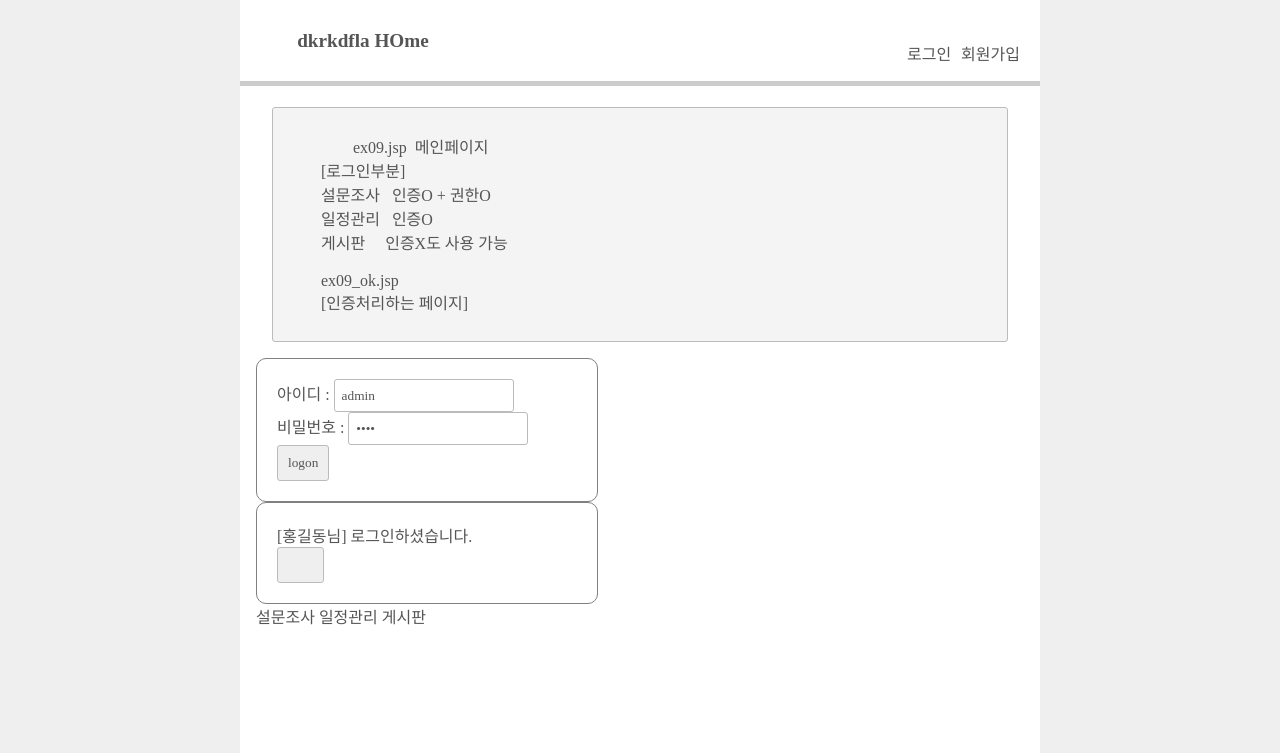
Repository: Dusajang/JSPClass
Page: http://localhost/jspPro/days03/ex09.jsp
An editor plug-in stored every save of this project. The page is shown before and after the next save, followed by the edit.
The browser window is 1280 px wide. The pictures show the whole page.
Some web fonts or font styles are not loaded; a fallback is used. The page is served by Tomcat 9.

Above is the page before, as saved 2024-10-17 07:26:36.

After the next save:
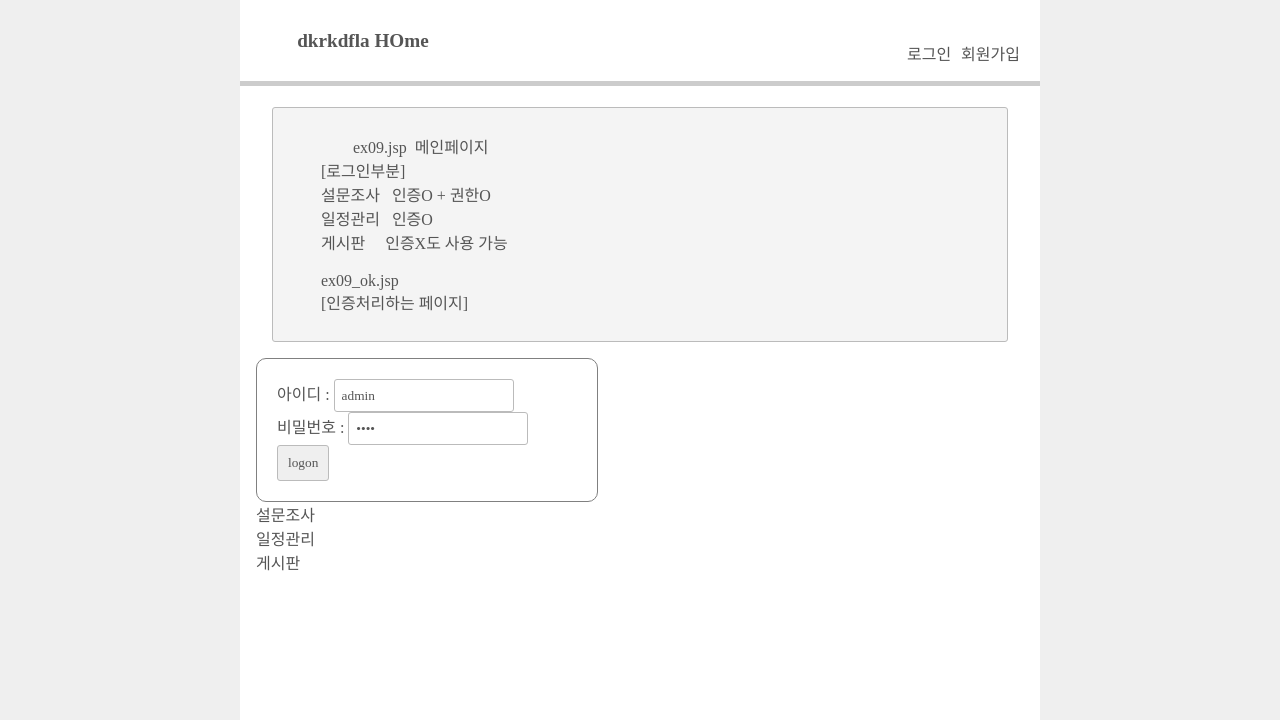
Saved 36 s later.
--- a/jspPro/src/main/webapp/days03/ex09.jsp
+++ b/jspPro/src/main/webapp/days03/ex09.jsp
@@ -52,16 +52,16 @@
      </form>
   </div>
 
-	<div id="logout">
+	<div id="logout" style="display: none">
 		[홍길동님] 로그인하셨습니다. <br>
 		<button></button>
 	</div>
 
 
-	<a href="#">설문조사</a>
-	<a href="#">일정관리</a>
+	<a href="#">설문조사</a> <br>
+	<a href="#">일정관리</a> <br>
 
-	<a href="#">게시판</a>
+	<a href="#">게시판</a> <br>
 
 
 </div>
